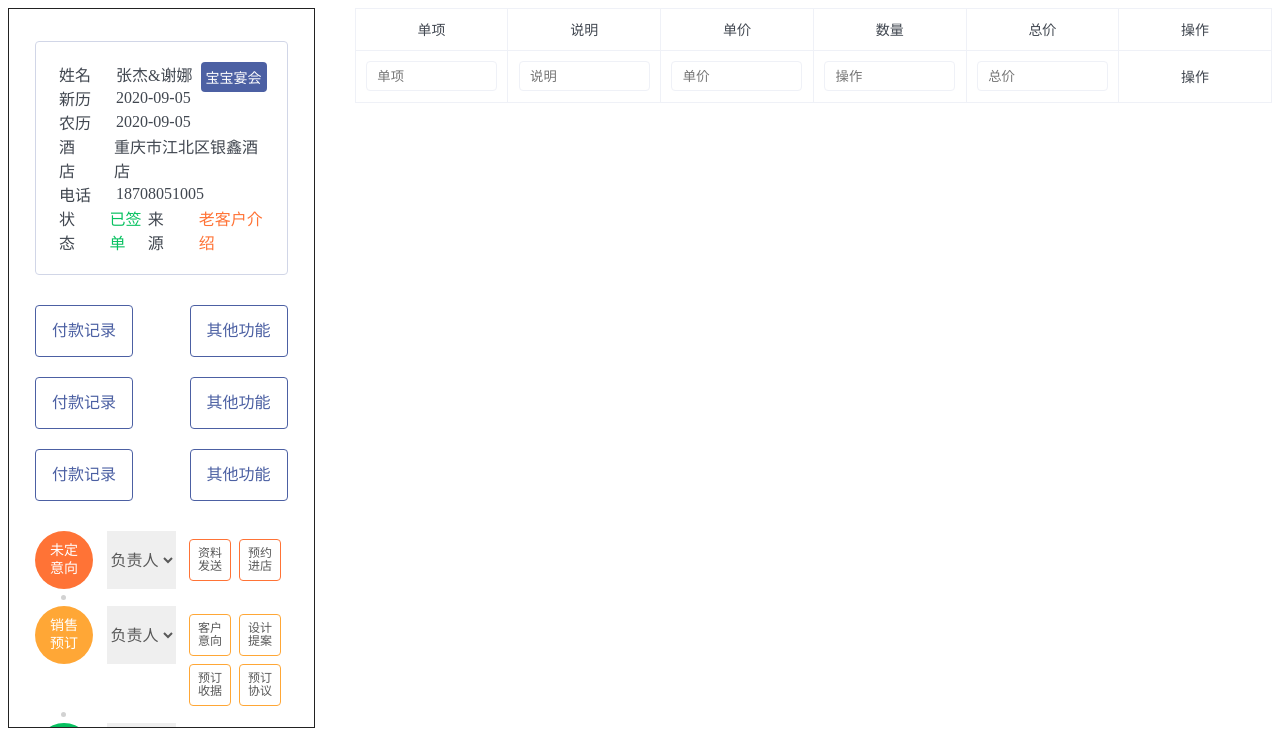
Repository: Lairuola/wedding-1
Page: index.html
These files come from the project's save history. The page is drawn as it stood at one moment and after the next save; the edit follows.
The browser window is 1280 px wide. The pictures show the whole page.

Above is the page before, as saved 2020-12-24 16:01:41.

### index.html
<!--
 * @Author       : 濑若拉
 * @Date         : 2020-12-17 10:22:14
 * @LastEditors  : 濑若拉
 * @LastEditTime : 2020-12-24 16:01:41
 * @FilePath     : /slidebar/index.html
-->


<!DOCTYPE html>
<html lang="en">

<head>
  <meta charset="UTF-8">
  <meta name="viewport" content="width=device-width, initial-scale=1.0">
  <title>Document</title>
  <style>
    .slide-left {
      width: 402px;
      height: 100vh;
      box-sizing: border-box;
      padding: 32px 26px;
      overflow-y: auto;
      display: flex;
      flex-direction: column;
      align-items: center;
      border: 1px solid #222;
    }

    .info {
      width: 100%;
      height: 328px;
      display: flex;
      flex-direction: column;
      justify-content: space-between;
      padding: 20px 23px;
      position: relative;
      box-sizing: border-box;
      border-radius: 4px;
      border: solid 1px #d1d6e7;
    }

    .info .row {
      width: 100%;
      display: flex;
      font-size: 16px;
      color: #414750;
      flex-direction: row;
      align-items: center;
    }

    .info .row .label,
    .info .end-row .item .label {
      margin-right: 25px;
    }

    .info .end-row {
      width: 100%;
      display: flex;
      flex-direction: row;
      align-items: center;
      justify-content: space-between;
      font-size: 16px;
      color: #414750;
    }

    .info .end-row .item {
      display: flex;
      flex-direction: row;
      align-items: center;
      font-size: 16px;
      color: #414750;
    }

    .info .info-tag {
      padding: 5px;
      background-color: #4c60a3;
      border-radius: 4px;
      font-size: 14px;
      color: #fff;
      position: absolute;
      top: 20px;
      right: 20px;
    }

    .btn-area {
      width: 100%;
      display: flex;
      flex-direction: row;
      align-items: center;
      justify-content: space-between;
      flex-wrap: wrap;
      margin-top: 10px;
      margin-bottom: 30px;
    }

    .btn-area .btn {
      width: 96px;
      height: 50px;
      background-color: #ffffff;
      border-radius: 4px;
      border: solid 1px #4c60a3;
      font-size: 16px;
      color: #4c60a3;
      text-align: center;
      line-height: 50px;
      margin-top: 20px;
    }

    .bot-area {
      width: 100%;
      display: flex;
      flex-direction: column;
    }

    .bot-area .item {
      width: 100%;
      display: flex;
      flex-direction: row;
      position: relative;
      padding-bottom: 17px;
    }

    .bot-area .item .circle {
      width: 58px;
      height: 58px;
      color: #fff;
      border-radius: 100%;
      display: flex;
      align-items: center;
      justify-content: center;
    }

    .bot-area .item .circle .text {
      width: 28px;
      height: 36px;
      font-size: 14px;
      line-height: 18px;
    }

    .bot-area .item .select-wrap {
      width: 96px;
      text-align: center;
    }

    .bot-area .item .select-wrap .bot-select {
      border: none;
      outline: none;
      color: #595959;
      font-size: 16px;
      height: 58px;
    }

    .bot-area .item .btn-row {
      flex: 1;
      display: flex;
      flex-direction: row;
      flex-wrap: wrap;
      margin-right: -8px;
    }

    .bot-area .item .btn-row .btn {
      width: 40px;
      height: 40px;
      border-radius: 4px;
      margin-right: 8px;
      border: 1px solid;
      display: flex;
      align-items: center;
      justify-content: center;
      margin-top: 8px;
      color: #595959;
    }

    .bot-area .item .btn-row .btn .word {
      width: 24px;
      height: 26px;
      font-size: 12px;
      line-height: 13px;
      letter-spacing: 0px;
    }

    .bot-area .item .dot {
      width: 5px;
      height: 5px;
      background-color: #d2d2d2;
      border-radius: 100%;
      position: absolute;
      bottom: 6px;
      left: 26px;
    }

    .bot-area .item .btn-row .btn.orange {
      border-color: #ff7336;
    }

    .bot-area .item .btn-row .btn.orange:hover {
      background-color: #ff7336;
      color: #fff;
    }

    .bot-area .item .btn-row .btn.yellow {
      border-color: #ffa736;
    }

    .bot-area .item .btn-row .btn.yellow:hover {
      background-color: #ffa736;
      color: #fff;
    }

    .bot-area .item .btn-row .btn.green {
      border-color: #07c160;
    }

    .bot-area .item .btn-row .btn.green:hover {
      background-color: #07c160;
      color: #fff;
    }

    .bot-area .item .btn-row .btn.aqua {
      border-color: #0bc8cb;
    }

    .bot-area .item .btn-row .btn.aqua:hover {
      background-color: #0bc8cb;
      color: #fff;
    }

    .bot-area .item .btn-row .btn.blue {
      border-color: #3d9bfb;
    }

    .bot-area .item .btn-row .btn.blue:hover {
      background-color: #3d9bfb;
      color: #fff;
    }

    .bot-area .item .btn-row .btn.cornflowerblue {
      border-color: #4c60a3;
    }

    .bot-area .item .btn-row .btn.cornflowerblue:hover {
      background-color: #4c60a3;
      color: #fff;
    }

    .color-green {
      color: #07c160
    }

    .color-orange {
      color: #ff7336;
    }

    .bg-color-red {
      background-color: #ff7336;
    }

    .bg-color-yellow {
      background-color: #ffa736;
    }

    .bg-color-green {
      background-color: #07c160;
    }

    .bg-color-aqua {
      background-color: #0bc8cb;
    }

    .bg-color-blue {
      background-color: #3d9bfb;
    }

    .bg-color-cornflowerblue {
      background-color: #4c60a3;
    }
  </style>
  <style>
    .my-table {
      width: 100%;
      height: 80vh;
      display: flex;
      flex-direction: column;
      margin-left: 40px;
      color: #414750;
    }

    .my-table .rows {
      width: 100%;
      display: flex;
      flex-direction: row;
    }

    .my-table .rows .item {
      flex: 1;
      border: 1px solid #222;
      box-sizing: border-box;
      display: flex;
      align-items: center;
      justify-content: center;
      border: 1px solid #eff1f7;
      font-size: 14px;
      padding: .65rem;
    }

    .my-table .rows .item:not(:last-child) {
      border-right: 0
    }

    .my-table .rows:not(:last-child) .item {
      border-bottom: 0;
    }

    .my-table .rows .item .item-input {
      background-color: #fff;
      border: 1px solid #eff1f7;
      width: 100%;
      height: 28px;
      padding: 0 .65rem;
      border-radius: 4px;
    }
  </style>
</head>

<body style="display: flex;flex-direction: row;">
  <div class="slide-left">
    <!-- 资料 -->
    <div class="info">
      <div class="row">
        <div class="label">姓名</div>
        <div class="content">张杰&谢娜</div>
      </div>
      <div class="row">
        <div class="label">新历</div>
        <div class="content">2020-09-05</div>
      </div>
      <div class="row">
        <div class="label">农历</div>
        <div class="content">2020-09-05</div>
      </div>
      <div class="row">
        <div class="label">酒店</div>
        <div class="content">重庆市江北区银鑫酒店</div>
      </div>
      <div class="row">
        <div class="label">电话</div>
        <div class="content">18708051005</div>
      </div>
      <div class="end-row">
        <div class="item">
          <div class="label">状态</div>
          <div class="content color-green">已签单</div>
        </div>
        <div class="item">
          <div class="label">来源</div>
          <div class="content color-orange">老客户介绍</div>
        </div>
      </div>
      <!-- tag -->
      <div class="info-tag">宝宝宴会</div>
    </div>
    <!-- btn-area -->
    <div class="btn-area">
      <div class="btn">付款记录</div>
      <div class="btn">其他功能</div>
      <div class="btn">付款记录</div>
      <div class="btn">其他功能</div>
      <div class="btn">付款记录</div>
      <div class="btn">其他功能</div>
    </div>
    <!-- bot-area -->
    <div class="bot-area">
      <div class="item">
        <div class="circle bg-color-red">
          <div class="text">未定意向</div>
        </div>
        <div class="select-wrap">
          <select class='bot-select' name="" id="">
            <option value="">负责人</option>
          </select>
        </div>
        <div class="btn-row">
          <div class="btn orange">
            <div class="word">资料发送</div>
          </div>
          <div class="btn orange">
            <div class="word">预约进店</div>
          </div>
        </div>
        <div class="dot"></div>
      </div>
      <div class="item">
        <div class="circle bg-color-yellow">
          <div class="text">销售预订</div>
        </div>
        <div class="select-wrap">
          <select class='bot-select' name="" id="">
            <option value="">负责人</option>
          </select>
        </div>
        <div class="btn-row">
          <div class="btn yellow">
            <div class="word">客户意向</div>
          </div>
          <div class="btn yellow">
            <div class="word">设计提案</div>
          </div>
          <div class="btn yellow">
            <div class="word">预订收据</div>
          </div>
          <div class="btn yellow">
            <div class="word">预订协议</div>
          </div>
        </div>
        <div class="dot"></div>
      </div>
      <div class="item">
        <div class="circle bg-color-green">
          <div class="text">设计策划</div>
        </div>
        <div class="select-wrap">
          <select class='bot-select' name="" id="">
            <option value="">负责人</option>
          </select>
        </div>
        <div class="btn-row">
          <div class="btn green">
            <div class="word">策划设计</div>
          </div>
          <div class="btn green">
            <div class="word">价格明细</div>
          </div>
          <div class="btn green">
            <div class="word">正式合同</div>
          </div>
          <div class="btn green">
            <div class="word">搭建清单</div>
          </div>
        </div>
        <div class="dot"></div>
      </div>
      <div class="item">
        <div class="circle bg-color-aqua">
          <div class="text">服务统筹</div>
        </div>
        <div class="select-wrap">
          <select class='bot-select' name="" id="">
            <option value="">负责人</option>
          </select>
        </div>
        <div class="btn-row">
          <div class="btn aqua">
            <div class="word">统筹服务</div>
          </div>
        </div>
        <div class="dot"></div>
      </div>
      <div class="item">
        <div class="circle bg-color-blue">
          <div class="text">执行搭建</div>
        </div>
        <div class="select-wrap">
          <select class='bot-select' name="" id="">
            <option value="">负责人</option>
          </select>
        </div>
        <div class="btn-row">
          <div class="btn blue">
            <div class="word">搭建确认</div>
          </div>
          <div class="btn blue">
            <div class="word">执行完成</div>
          </div>
        </div>
        <div class="dot"></div>
      </div>
      <div class="item">
        <div class="circle bg-color-cornflowerblue">
          <div class="text">成本结算</div>
        </div>
        <div class="select-wrap">
          <select class='bot-select' name="" id="">
            <option value="">负责人</option>
          </select>
        </div>
        <div class="btn-row">
          <div class="btn cornflowerblue">
            <div class="word">成本核算</div>
          </div>
        </div>
      </div>
    </div>
  </div>
  <div class="my-table">
    <div class="rows">
      <div class="item">单项</div>
      <div class="item">说明</div>
      <div class="item">单价</div>
      <div class="item">数量</div>
      <div class="item">总价</div>
      <div class="item">操作</div>
    </div>
    <div class="rows">
      <div class="item">
        <input class="item-input" type="text" placeholder="单项">
      </div>
      <div class="item">
        <input class="item-input" type="text" placeholder="说明">
      </div>
      <div class="item">
        <input class="item-input" type="text" placeholder="单价">
      </div>
      <div class="item">
        <input class="item-input" type="text" placeholder="操作">
      </div>
      <div class="item">
        <input class="item-input" type="text" placeholder="总价">
      </div>
      <div class="item">操作</div>
    </div>
  </div>
</body>

</html>

After the next save:
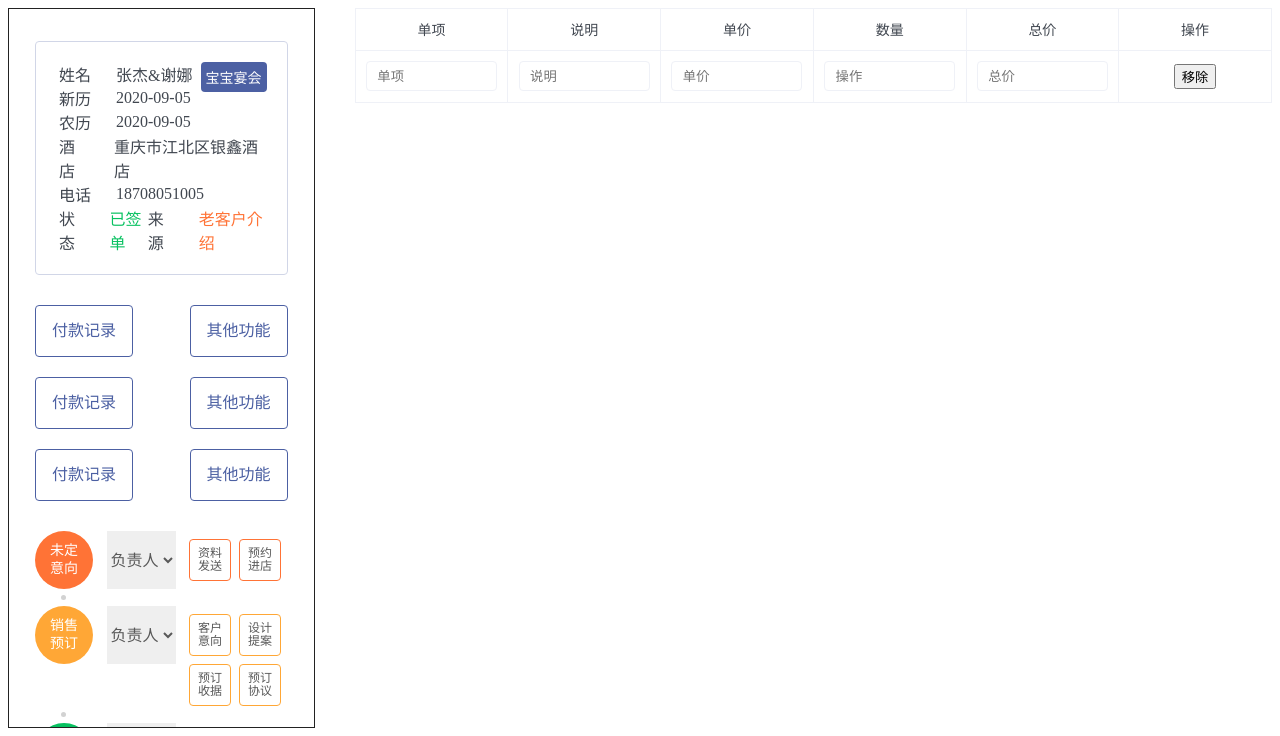
Saved 91 s later.
--- a/index.html
+++ b/index.html
@@ -2,7 +2,7 @@
  * @Author       : 濑若拉
  * @Date         : 2020-12-17 10:22:14
  * @LastEditors  : 濑若拉
- * @LastEditTime : 2020-12-24 16:01:41
+ * @LastEditTime : 2020-12-24 16:03:12
  * @FilePath     : /slidebar/index.html
 -->
 
@@ -517,7 +517,9 @@
       <div class="item">
         <input class="item-input" type="text" placeholder="总价">
       </div>
-      <div class="item">操作</div>
+      <div class="item">
+        <button>移除</button>
+      </div>
     </div>
   </div>
 </body>
